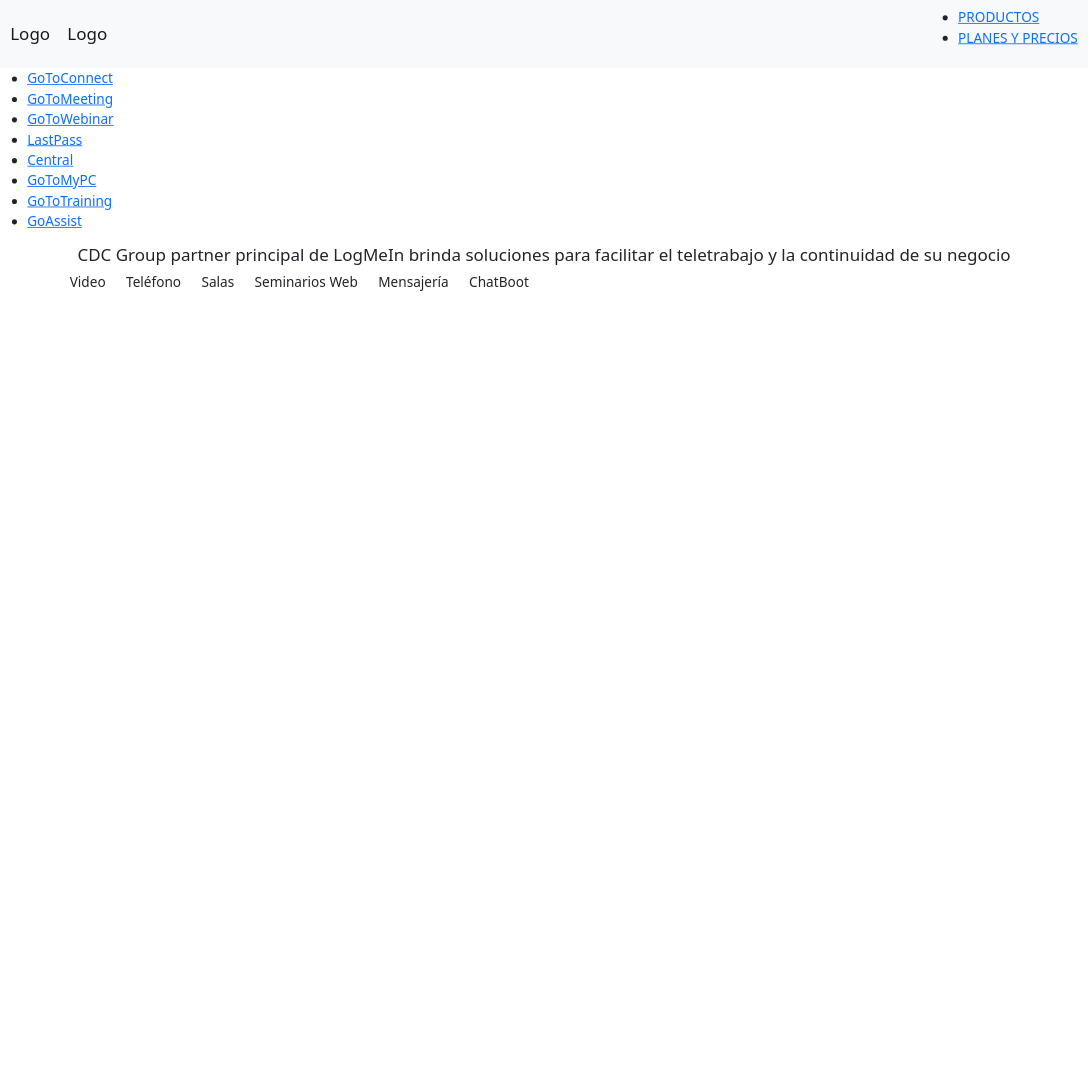
Repository: onehitwondermx/cdclogmein
Page: index.html
The author's editor kept a copy of each file at every save. The page is drawn from the files as they stood at one save, then again after the next save.
The browser window is 1280 px wide. The pictures show the whole page, at 85% of full size.

Above is the page before, as saved 2021-06-03 20:19:42.

After the next save:
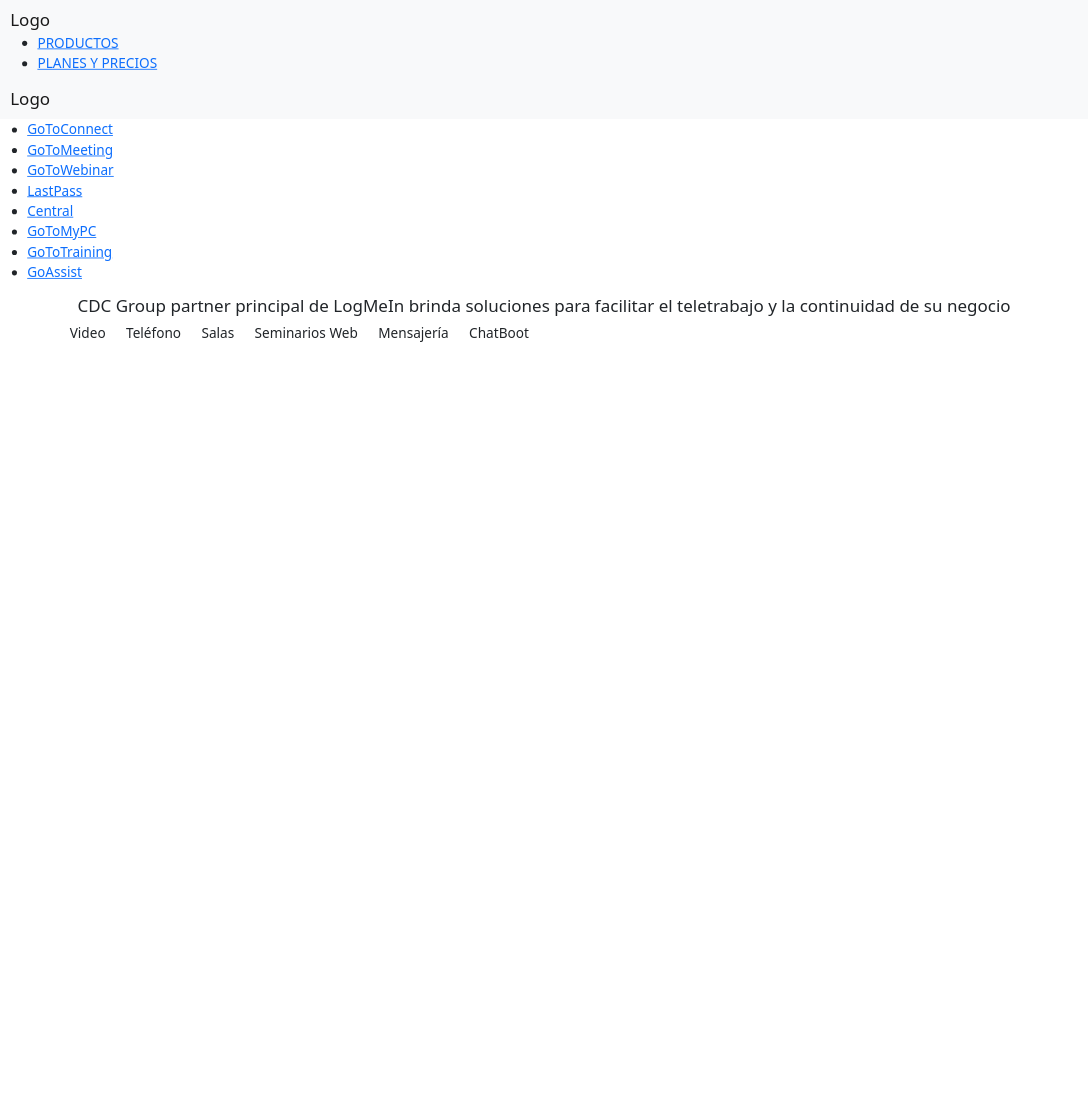
Saved 52 s later.
--- a/index.html
+++ b/index.html
@@ -12,14 +12,15 @@
     <div class="container-fluid">
       <div class="nav-wrapper">
         <a href="#" class="navbar-brand">Logo</a>
-        <a href="#" class="navbar-brand">Logo</a>
-      </div>
-      <div class="nav">
+        <div class="nav">
         <ul>
           <li><a href="#">PRODUCTOS</a></li>
           <li><a class="dropdown-trigger" href="#" data-target="dropdown1">PLANES Y PRECIOS</a></li>
         </ul>
       </div>
+      <a href="#" class="navbar-brand">Logo</a>
+      </div>
+
     </nav>
       <!-- Dropdown Structure -->
     <ul id="dropdown1" class="dropdown-content">

After the 2 saves that followed:
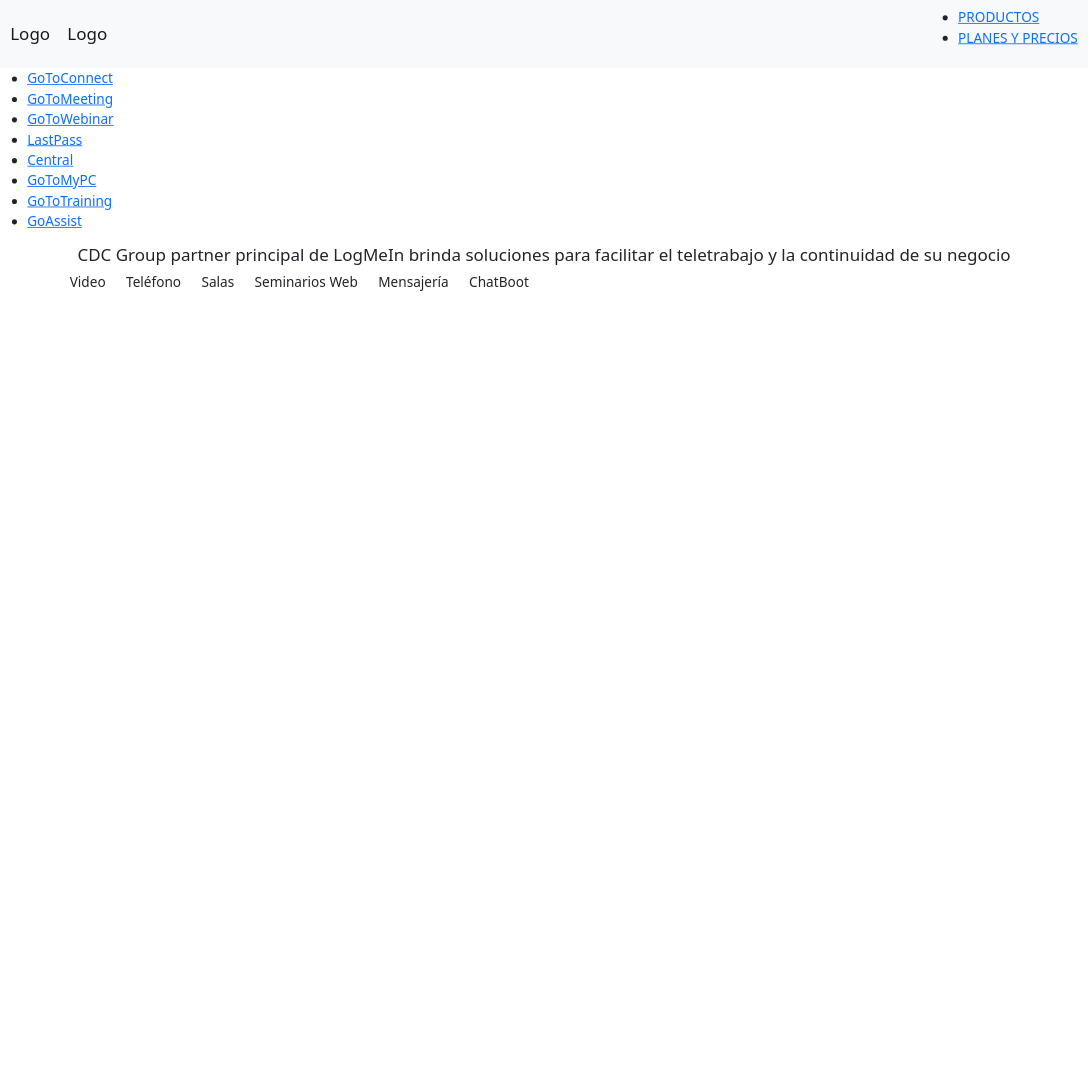
The 2 saves are shown as one change because 1 left the picture as it was.
The last was saved 27 s later.
--- a/index.html
+++ b/index.html
@@ -12,15 +12,14 @@
     <div class="container-fluid">
       <div class="nav-wrapper">
         <a href="#" class="navbar-brand">Logo</a>
-        <div class="nav">
+        <a href="#" class="navbar-brand">Logo</a>
+      </div>
+      <div class="nav">
         <ul>
           <li><a href="#">PRODUCTOS</a></li>
           <li><a class="dropdown-trigger" href="#" data-target="dropdown1">PLANES Y PRECIOS</a></li>
         </ul>
       </div>
-      <a href="#" class="navbar-brand">Logo</a>
-      </div>
-
     </nav>
       <!-- Dropdown Structure -->
     <ul id="dropdown1" class="dropdown-content">
